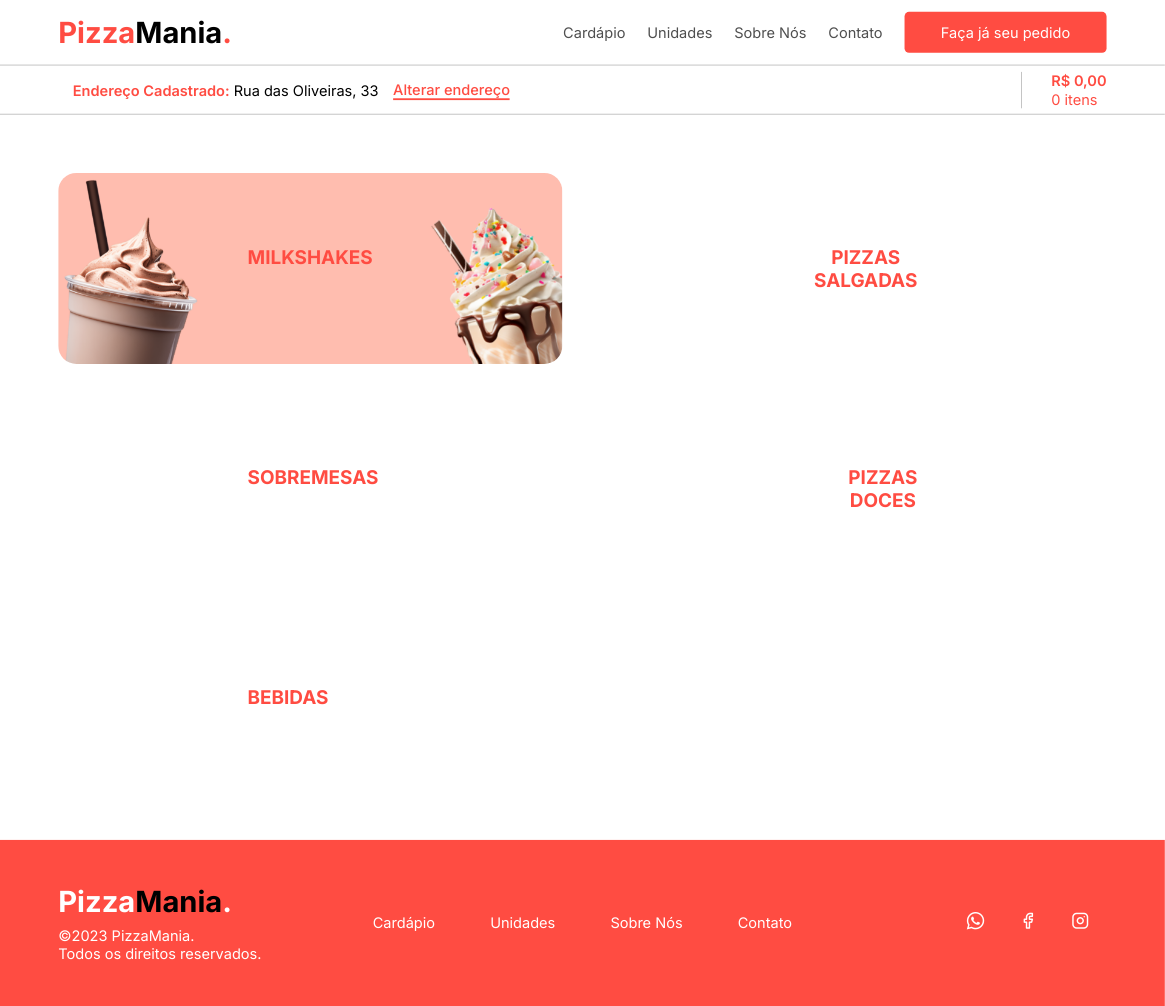
Repository: lucas-albuq/PizzaMania
Page: assets/pages/cardapio.html
The author's editor kept a copy of each file at every save. The page is drawn from the files as they stood at one save, then again after the next save.
The browser window is 1280 px wide. The pictures show the whole page, at 91% of full size.
Some icons come from a web library that is not loaded, so they are not drawn. Some web libraries are served in a nearby version.

Above is the page before, as saved 2024-01-04 20:57:25.

After the next save:
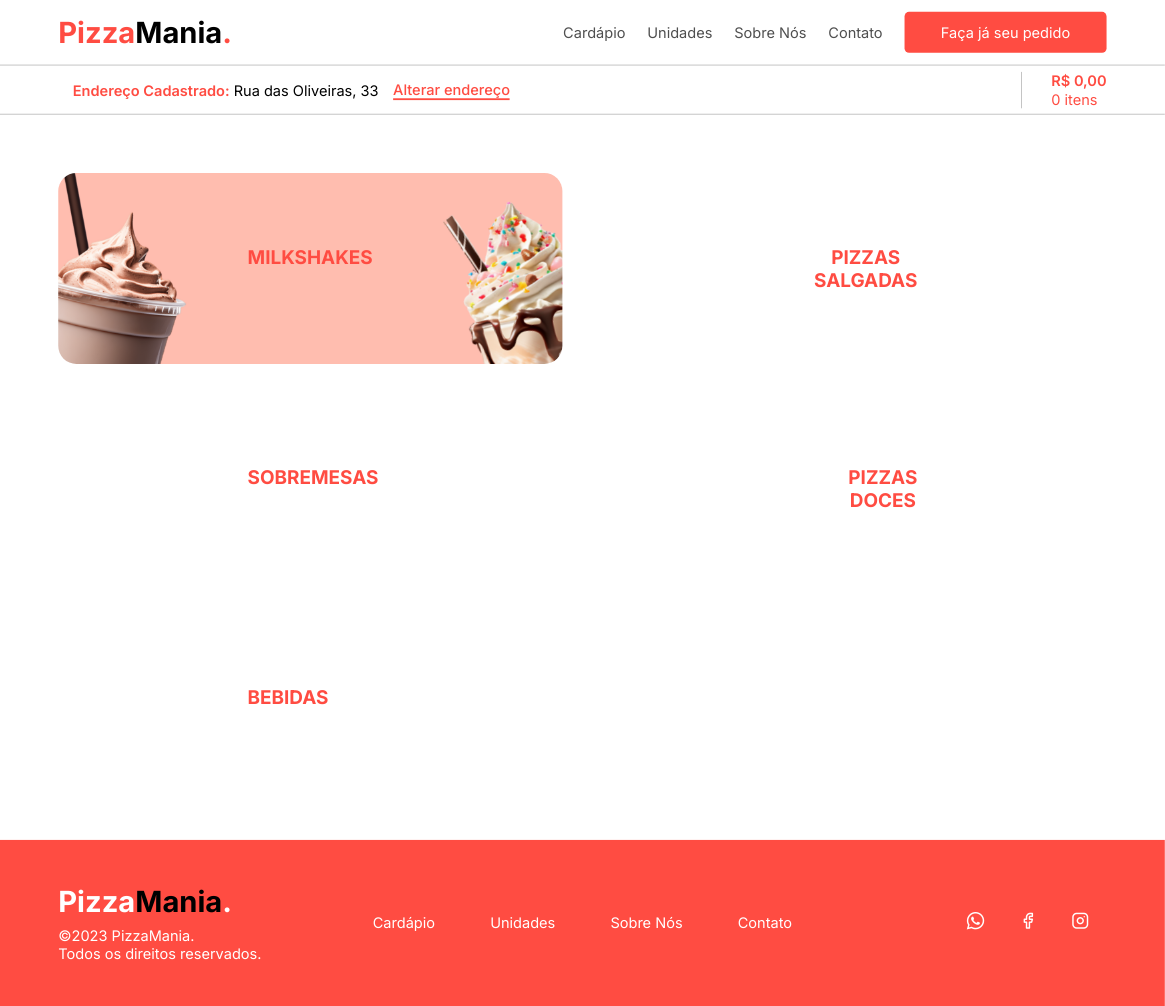
Saved 11 s later.
--- a/assets/css/pizzamania.css
+++ b/assets/css/pizzamania.css
@@ -390,7 +390,7 @@ footer .footer{
 }
 .categorias-cardapio .milkshakes{
   background-image: url("/assets/images/Milkshakes.png");
-  background-size: 100%;
+  background-size: 110%;
   background-position: center;
   background-repeat: no-repeat;
 
